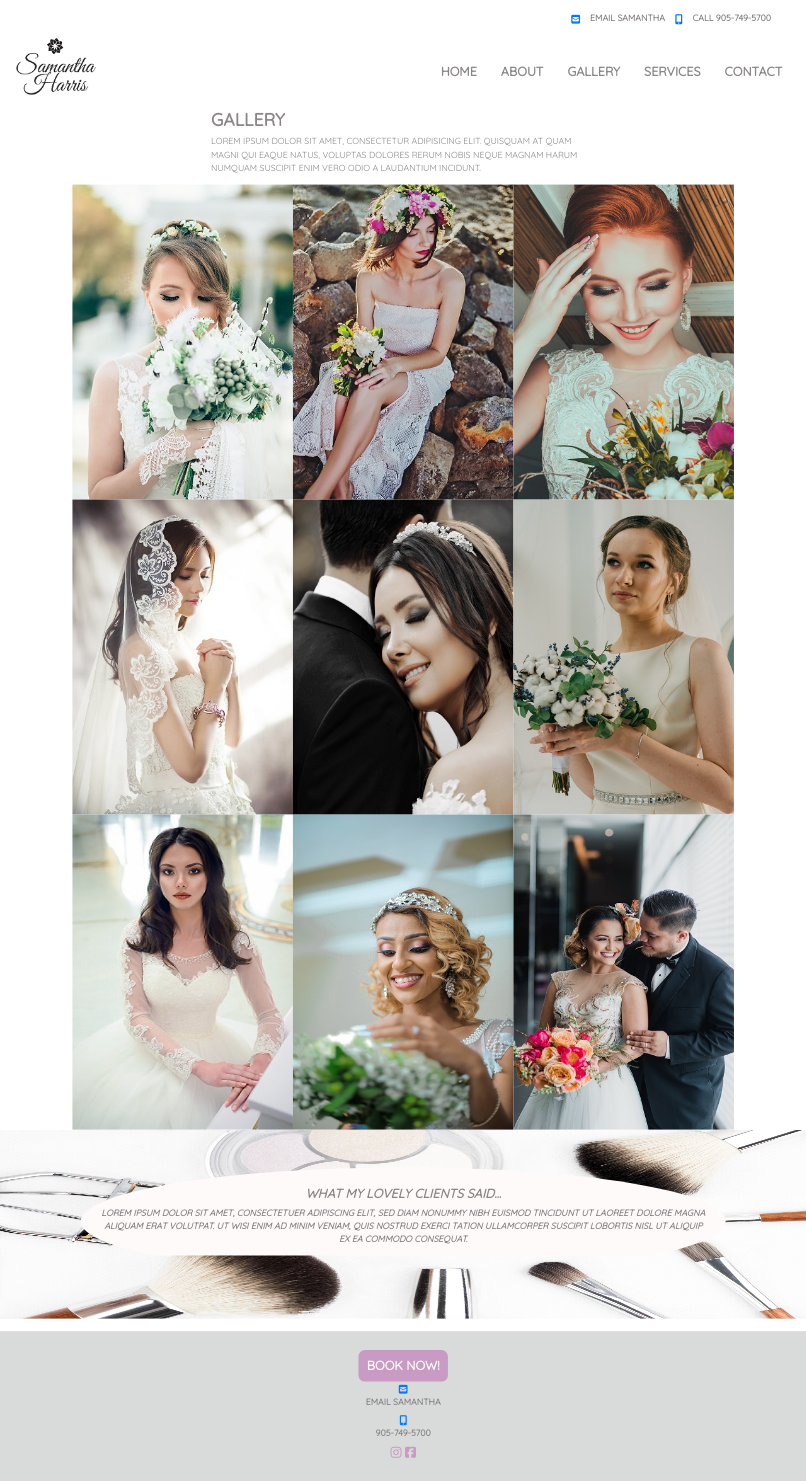
Repository: JayneyNix/milestone-1-UCFD
Page: gallery.html
The author's editor kept a record of every edit. The page is drawn from the files as they stood at one moment, then again after the next edit.
The browser window is 1280 px wide. The pictures show the whole page, at 63% of full size.
Some web libraries are served in a nearby version.

Above is the page before.

### gallery.html
<!DOCTYPE html>
<html lang="en">

<head>
    <meta charset="UTF-8">
    <meta name="viewport" content="width=device-width, initial-scale=1.0">
    <meta http-equiv="X-UA-Compatible" content="ie=edge">
    <title>Professional Make-up Artistry | Samantha Harris</title>
    <script src="https://code.jquery.com/jquery-3.3.1.slim.min.js" integrity="sha384-q8i/X+965DzO0rT7abK41JStQIAqVgRVzpbzo5smXKp4YfRvH+8abtTE1Pi6jizo" crossorigin="anonymous"></script>
    <link href="https://stackpath.bootstrapcdn.com/bootstrap/4.3.1/css/bootstrap.min.css" rel="stylesheet" integrity="sha384-ggOyR0iXCbMQv3Xipma34MD+dH/1fQ784/j6cY/iJTQUOhcWr7x9JvoRxT2MZw1T" crossorigin="anonymous" type="text/css">
    <link rel="stylesheet" href="https://cdnjs.cloudflare.com/ajax/libs/hover.css/2.3.1/css/hover-min.css" type="text/css">
    <link rel="stylesheet" href="https://fonts.googleapis.com/css?family=Quicksand">
    <script src="https://kit.fontawesome.com/26094534a3.js" crossorigin="anonymous"></script>
    <link rel="stylesheet" href="Assets/style.css" class="text/css">
</head>

<body>
    <!-----Navigation----->

     <div class="d-flex flex-row-reverse mt-2 pr-5 align-items-center">
        <div class="p-2 call-text mt-1">
            <a class="call-header" href="tel:905-749-5700" target="-blank">
               <h5 class="h5 headings"><span class="number">Call 905-749-5700</span></h5>
            </a>
        </div>
        <div class="p-2 call-icon"><a class="call-header" href="tel:905-749-5700" target="-blank"><i class="fas fa-mobile-alt" aria-hidden="true"></i></a>
        </div>
        <div class="p-2 email-text mt-1">
            <a class="email-header" href="mailto:bookings@samanthaharris.ca" target="-blank">
                <span class="align-middle"><h5 class="h5 headings">Email Samantha</h5></span>
            </a>
        </div>
        <div class="p-2 email-icon"><a class="email-header" href="mailto:bookings@samanthaharris.ca" target="-blank"><i class="fas fa-envelope-square" aria-hidden="true"></i></a>
        </div>
    </div>


    <div class="container-fluid nav-container no-padding">
        <nav class="navbar navbar-light navbar-expand-sm">

            <a class="navbar-brand" href="index.html">
                <img src="Assets/logo.png" class="d-inline-block align-top"
      alt="samantha-harris-logo"/>
      </a>

            <button class="navbar-toggler ml-auto" type="button" data-toggle="collapse" data-target="#navbarNavDropdown" aria-controls="navbarNavDropdown" aria-expanded="false" aria-label="Toggle navigation">
          <span class="navbar-toggler-icon"></span>
      </button>
            <div class="collapse navbar-collapse" id="navbarNavDropdown">
                <ul class="navbar-nav navbar-default ml-auto">
                    <li class="nav-item">
                        <a class="nav-link active" href="index.html">Home</a>
                    </li>
                    <li class="nav-item">
                        <a class="nav-link" href="about.html">About</a>
                    </li>
                    <li class="nav-item">
                        <a class="nav-link" href="gallery.html">Gallery</a>
                    </li>
                    <li class="nav-item">
                        <a class="nav-link" href="services.html">Services</a>
                    </li>
                    <li class="nav-item">
                        <a class="nav-link" href="contact.html">Contact</a>
                    </li>
                </ul>
            </div>
        </nav>
    </div>

    <!-----Navigation----->


    <!--Introduction-->

    <div class="container-fluid no-padding">
        <div class="row">
            <div class="col-md-6 offset-3 home-main-intro">
                <h1 class="h1 headings">Gallery</h1>
                <p class="p headings">Lorem ipsum dolor sit amet, consectetur adipisicing elit. Quisquam at quam magni qui eaque natus, voluptas dolores rerum nobis neque magnam harum numquam suscipit enim vero odio a laudantium incidunt.</p>
            </div>
        </div>
    </div>

    <!--Introduction-->


    <!--Gallery Grid-->

    <div class="container-fluid">
        <div class="row d-flex justify-content-center align-items-center">
            <div class="gallery-item">
                <img class="gallery-image img-responsive center-mobile" src="Assets/Bride-eyes-closed-with-flowers.jpg" alt="bride" />
            </div>
            <div class="gallery-item">
                <img class="gallery-image" src="Assets/bride-sitting-on-rocks.jpg" alt="bride" />
            </div>

            <div class="gallery-item">
                <img class="gallery-image" src="Assets/smiling-bride-touching-forehead.jpg" alt="bride" />
            </div>
            <div class="gallery-item">
                <img class="gallery-image" src="Assets/beautiful-bride-dress.jpg" alt="bride" />
            </div>
            <div class="gallery-item">
                <img class="gallery-image" src="Assets/bride-bridegroom.jpg" alt="bride" />
            </div>
            <div class="gallery-item">
                <img class="gallery-image" src="Assets/bride-natural-make-up.jpg" alt="bride" />
            </div>
            <div class="gallery-item">
                <img class="gallery-image" src="Assets/beautiful-bride-sultry-makeup.jpg" alt="bride" />
            </div>

            <div class="gallery-item">
                <img class="gallery-image" src="Assets/bride-natural.jpg" alt="bride" />
            </div>
            <div class="gallery-item">
                <img class="gallery-image" src="Assets/bride-groom.jpg" alt="bride" />
            </div>
        </div>
    </div>

    <!--Gallery Grid-->

    <!--Testimonials-->

    <div id="testimonial-carousel" class="carousel slide d-none d-md-block" data-ride="carousel">
        <div class="carousel-inner">
            <div class="carousel-item active">
                <img class="carousel-image d-block w-100" src="Assets/cosmetic-brushes.jpg" alt="Slide-One">
                <div class="carousel-caption d-none d-md-block height-auto">
                    <div class="box">
                        <h2 class="h2 headings carousel-heading align-items-center justify-content-center">What My Lovely Clients Said...</h5>
                            <p class="p headings carousel-text">Lorem ipsum dolor sit amet, consectetuer adipiscing elit, sed diam nonummy nibh euismod tincidunt ut laoreet dolore magna aliquam erat volutpat. Ut wisi enim ad minim veniam, quis nostrud exerci tation ullamcorper suscipit
                                lobortis nisl ut aliquip ex ea commodo consequat.
                            </p>
                    </div>
                </div>
            </div>

            <div class="carousel-item">
                <img class="carousel-image d-block w-100" src="Assets/cosmetic-brushes.jpg" alt="Slide-One">
                <div class="carousel-caption d-none d-md-block">
                    <div class="box">
                        <h2 class="h2 headings carousel-heading align-items-center justify-content-center">What My Lovely Clients Said...</h5>
                            <p class="p headings carousel-text">Lorem ipsum dolor sit amet, consectetuer adipiscing elit, sed diam nonummy nibh euismod tincidunt ut laoreet dolore magna aliquam erat volutpat. Ut wisi enim ad minim veniam, quis nostrud exerci tation ullamcorper suscipit
                                lobortis nisl ut aliquip ex ea commodo consequat.
                            </p>
                    </div>
                </div>
            </div>
            <div class="carousel-item">
                <img class="carousel-image d-block w-100" src="Assets/cosmetic-brushes.jpg" alt="Slide-One">
                <div class="carousel-caption d-none d-md-block">
                    <div class="box">
                        <h2 class="h2 headings carousel-heading align-items-center justify-content-center">What My Lovely Clients Said...</h5>
                            <p class="p headings carousel-text">Lorem ipsum dolor sit amet, consectetuer adipiscing elit, sed diam nonummy nibh euismod tincidunt ut laoreet dolore magna aliquam erat volutpat. Ut wisi enim ad minim veniam, quis nostrud exerci tation ullamcorper suscipit
                                lobortis nisl ut aliquip ex ea commodo consequat.
                            </p>
                    </div>
                </div>
            </div>
        </div>
    </div>

    <!--Testimonials-->


    <footer class="container-fluid footer-container no-padding">

        <div id="footer" class="row">
            <div class="col-sm-12">
                <div class="action">
                    <btn class="footer-button">
                        <a class="contact-link" href="contact.html">
                            <h2 class="h2 footer-items">BOOK NOW!</h2>
                        </a>
                    </btn>
                </div>

                <div class="col-sm-12">
                    <div class="contact-methods">
                        <a class="send-email" href="mailto:bookings@samanthaharris.ca" target="-blank"><i class="fas fa-envelope-square" aria-hidden="true"></i>
                <h5 class="h5 headings">Email Samantha</h5></a>
                        <a class="call" href="tel:905-749-5700"><i class="fas fa-mobile-alt" aria-hidden="true"></i><h5 class="h5 headings">905-749-5700</h5></a>
                    </div>
                </div>

                <div class="col-sm-12">
                    <div class="social"></div>
                    <a class="insta" href="https://www.instagram.com" target="-blank"><i class="fab fa-instagram" aria-hidden="true"></i>
                    </a>
                    <a class="facebook" href="https://www.facebook.com" target="-blank"><i class="fab fa-facebook-square" aria-hidden="true"></i></a>
                </div>
            </div>
        </div>

    </footer>


    <script src="https://stackpath.bootstrapcdn.com/bootstrap/4.3.1/js/bootstrap.min.js" integrity="sha384-JjSmVgyd0p3pXB1rRibZUAYoIIy6OrQ6VrjIEaFf/nJGzIxFDsf4x0xIM+B07jRM" crossorigin="anonymous"></script>
    <script src="https://cdnjs.cloudflare.com/ajax/libs/popper.js/1.14.7/umd/popper.min.js" integrity="sha384-UO2eT0CpHqdSJQ6hJty5KVphtPhzWj9WO1clHTMGa3JDZwrnQq4sF86dIHNDz0W1" crossorigin="anonymous"></script>
</body>

</html>

### Assets/style.css
/*Typography*/

.headings {

    font-family: Quicksand, sans-serif;
    text-transform: uppercase;
    font-weight: bold;
}


.h1 {
    font-size: 28px;
    color: #8a8689;
    font-weight: bold;
}

.h2 {
    font-size: 20px;
    font-weight: bold;
}

.h3 {
    font-size: 18px;
    color: #8a8689;
}

.h4 {
    font-size: 16px;
}

.h5 {
    font-size: 14px;
    color: #8a8689;
}

.p {
    font-size: 14px;
    color: #8a8689;
    font-weight: normal;
}

/*Typography*/

/*Fixed Contact Header*/

.p-1 .email-header {
    color: #c99bc4;
    text-decoration: none;
}

.p-1 .call-header {
    color: #c99bc4;
    text-decoration: none;
}

.p-1 .email-header:hover {
    color: #8a8689;
}

.p-1 .call-header:hover {
    color: #8a8689;
}

.p-1 .h5 {
    color: #c99bc4;
}

.p-1 .h5:hover {
    color: #8a8689;
}


/*Fixed Contact Header*/

/*--Navigation--*/

.nav-container {
    padding-right: 0;
    padding-left: 0;
}

.navbar {
    background-color: #fff;
    height: 120px;
    padding: 0;
}

.navbar-brand {
    padding-left: 20px;
    padding-bottom: 20px;
    background-size: cover;
    width: 200;
    height: 200;

}

.navbar-nav {
    padding-right: 30px;
}

.nav-item {
    padding: 20;
}

.nav-link {

    font-family: "Quicksand", sans-serif;
    font-size: 20px;
    font-weight: bold;
    text-decoration: none;
    text-transform: uppercase;
    color: #8a8689!important;
    vertical-align: middle;
    padding-left: 30px!important;
}

.nav-link:hover {
    color: #c99bc4!important;
    transform: scale(1.25);
    transition: ease-in-out;
    transition-duration: 0.3s;
}

.navbar-light .navbar-toggler {
    margin-right: 20px;
    border: 0;
    font-weight: bold;
    color: #c99bc4;
}

@media (max-width: 768px) {
    #navbarNavDropdown {
        text-align: center;
    }
}



/*--Navigation--*/

/*--Footer*/

.container-fluid .footer-container {
    display: inline-block;
    font-size: 0;
}

#footer {
    background-color: #d9dbda;
    text-align: center;
    padding-top: 30px;
    padding-bottom: 30px;

}


.footer-button {
    position: relative;
    display: inline-block;
    font-family: "Quicksand", sans-serif;
    font-size: 20px;
    font-weight: bolder;
    text-transform: uppercase;
    vertical-align: middle;
    border: 3px solid #c99bc4;
    border-radius: 10px;
    padding: 10px;
    text-align: center;
    background-color: #c99bc4;
}

.footer-button .contact-link {
    text-decoration: none;
}

.footer-items {
    color: #fffafa;
    font-weight: bold;
    vertical-align: middle;
    margin: 0;
}

.footer-items:hover {
    color: #8a8689;
    transform: scale(1.1);
    transition: ease-in-out;
    transition-duration: 0.5s;
}


.insta {

    color: #c99bc4;
    font-size: 20px;
}

.facebook {

    color: #c99bc4;
    font-size: 20px;
}


.insta:hover {
    color: #8a8689;
    text-decoration: none;
}

.facebook:hover {
    color: #8a8689;
    text-decoration: none;
}


/*--Footer*/

/*--Homepage Section 1 - Banner & Intro*/

.home-main-banner {
    max-width: 100%;
    height: 100%;
    padding: 0px 0px 20px;
    margin: 0;
    font-size: 0;
}

.img-fluid {
    box-sizing: border-box;
}

#home-main-intro {
    padding: 0;
    margin: 0;
}

.intro-section {
    padding: 0;
    width: 80%;
}

/*--End Homepage Section 1 - Banner & Intro*/

/*--Homepage Section 2 - About*/

/*--End Homepage Section 2 - About*/

/*--Homepage Section 3 - Testimonials*/

#testimonial-carousel {
    display: block;
    padding: 0;
    font-size: 0;
    margin-bottom: 20px;
    height: 300px;
}

.carousel-image {
    height: 300px;

}


.carousel-caption {
    position: absolute;
    left: 50%;
    top: 40%;
    transform: translate(-50%, -50%);
    overflow: hidden;
    width: 80%;
}

.carousel-heading {
    color: #8a8689;
    font-style: italic;
    font-weight: bolder;
}

.carousel-text {
    font-style: italic;
    font-weight: bolder;
}

.box {
    border: 0px transparent;
    border-radius: 50%;
    background-color: #fffafa;
    padding: 30px;
}

/*--End Homepage Section 3 - Testimonials*/

/*--Gallery*--/

.gallery-container {
    padding-bottom: 20px:
}

.gallery-item .gallery-image {
  display: inline-block;
  vertical-align: middle;
  max-width: 100%;
  padding-bottom: 20px;
}

/*--End Gallery--*/

/*--Contact Page Form--*/

.contact-container {
    padding-bottom: 20px;
}

.contact-form {

    text-align: center;
    background-color: #fffafa;
    height: 430px;
}


.contact-main-banner {
    font-size: 0;
    margin: 0;
    padding: 0;
    padding-bottom: 20px;
}

.contact-main-intro {
    padding-bottom: 20px;
}

.last-input {
    padding-bottom: 20px;
}

.fieldset-1 {
    padding-top: 20px;
}

.fieldset-2 {
    padding-top: 20px;
}

/*--End contact page form--*/

After the next edit:
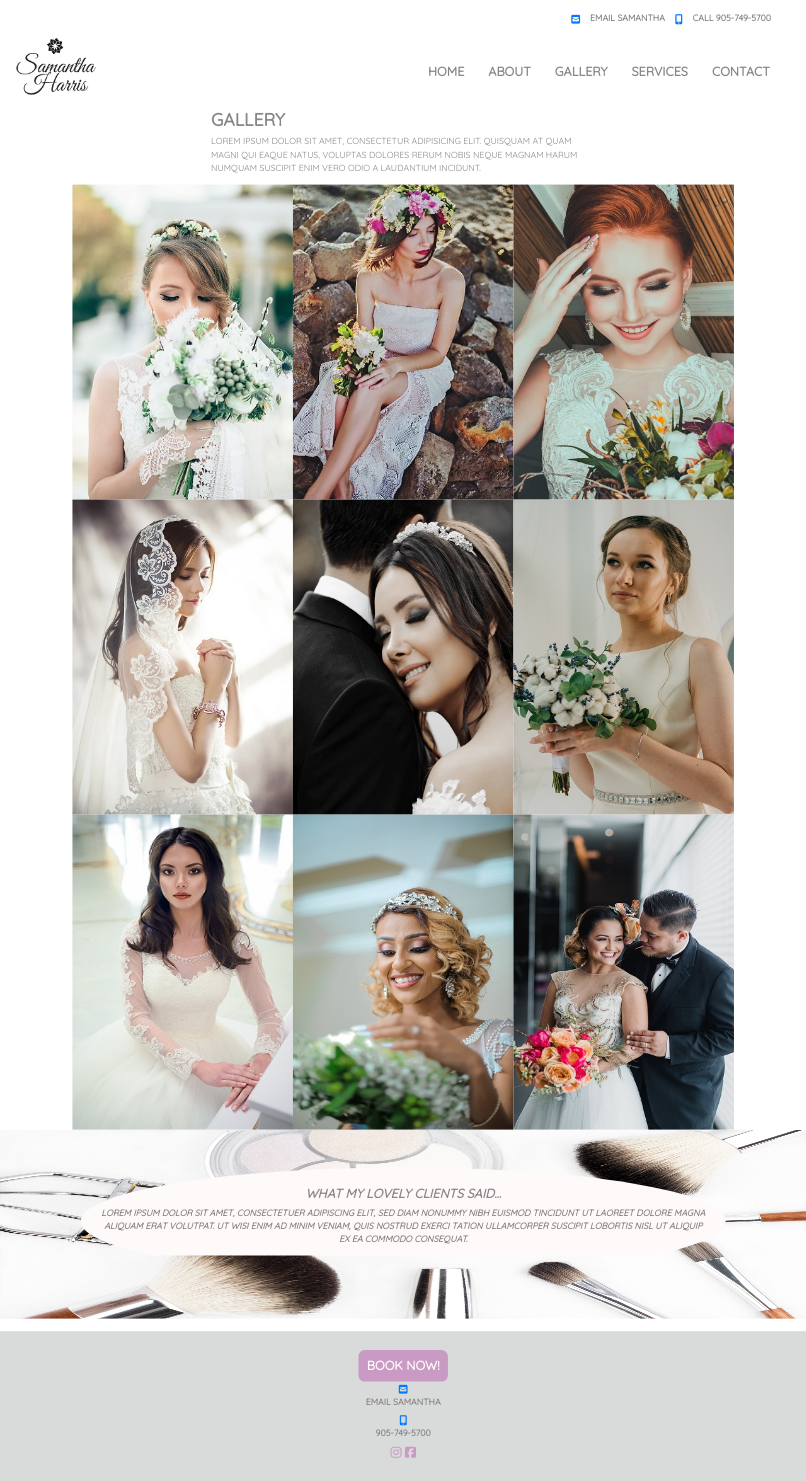
The edit:
--- a/Assets/style.css
+++ b/Assets/style.css
@@ -75,7 +75,7 @@
 /*--Navigation--*/
 
 .nav-container {
-    padding-right: 0;
+    padding-right: 20px;
     padding-left: 0;
 }
 
